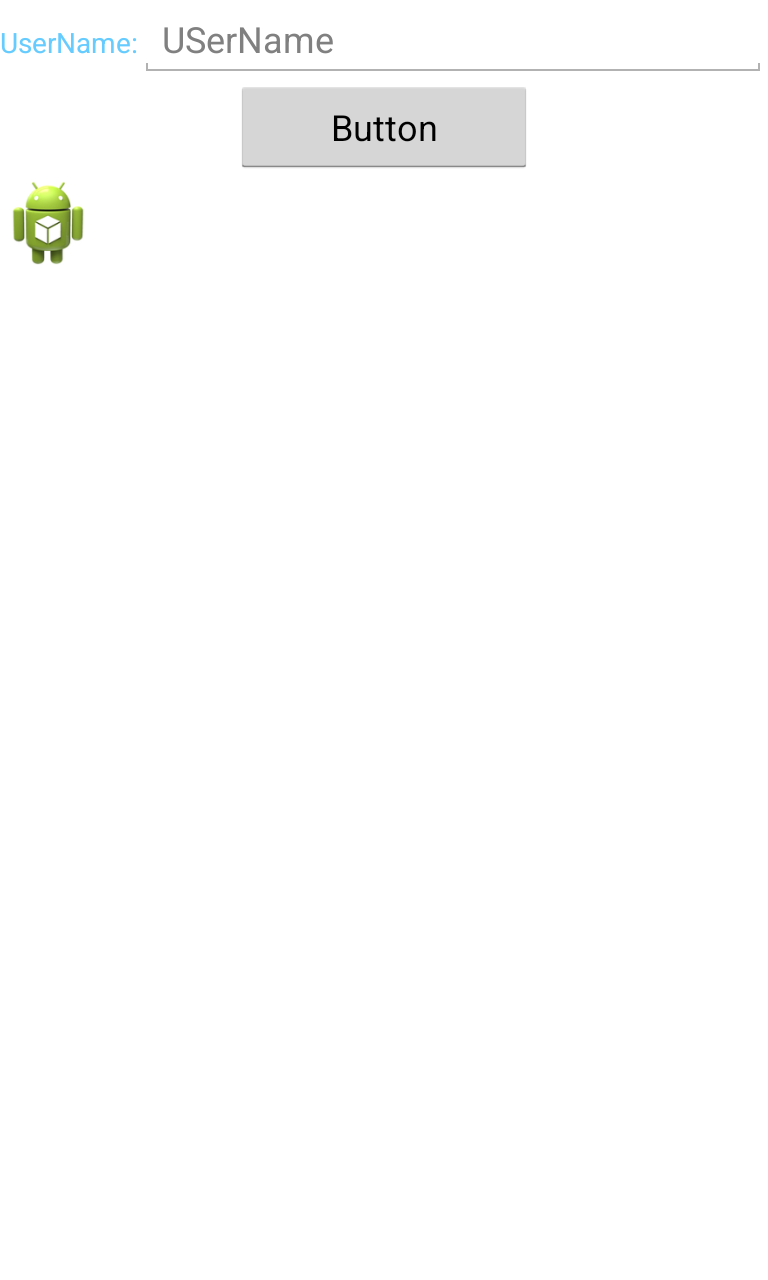
Repository: Ollyder/eclipse_work
Layout: UIWidgetTest/res/layout/activity_main.xml
An editor plug-in stored every save of this project. The layout is shown before and after the next save, followed by the edit.
It is drawn on a 768 x 1280 px phone screen (xhdpi) without system bars, with theme AppTheme; the app's code is not run.

Above is the layout before, as saved 2017-05-27 02:30:47.

After the next save:
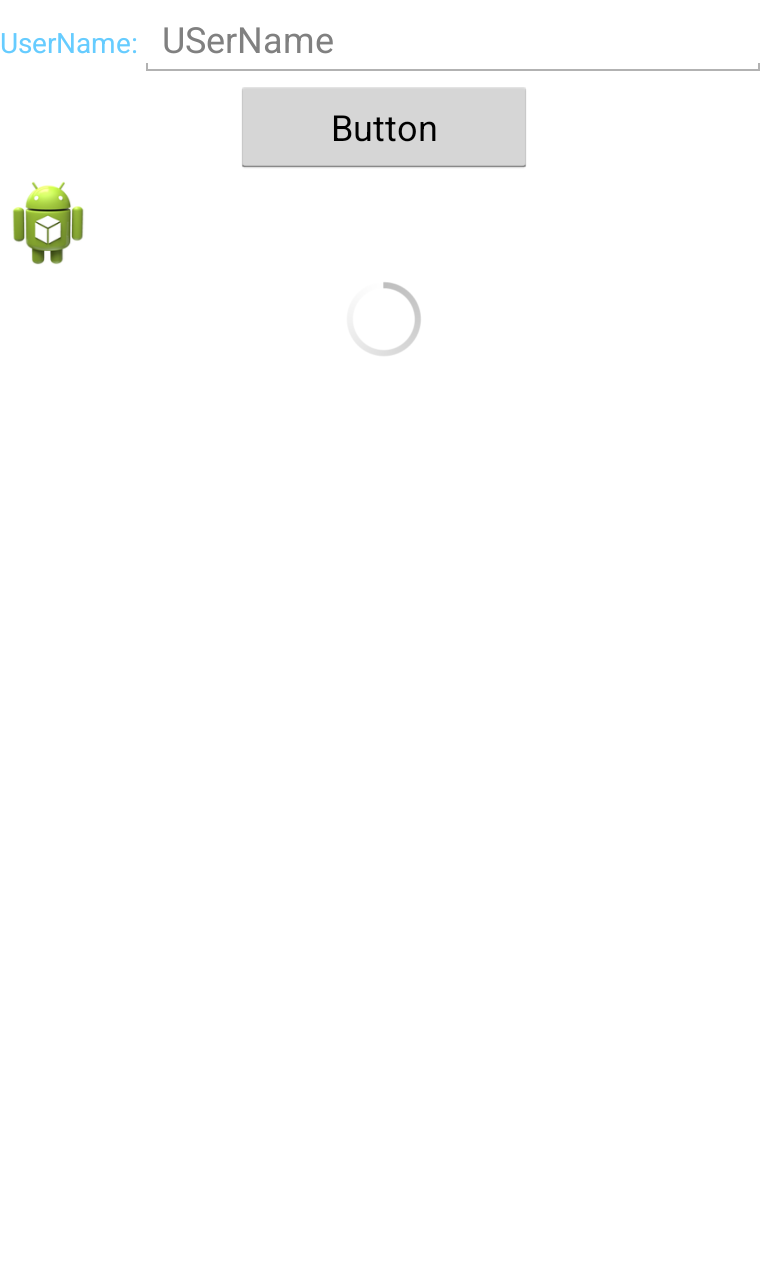
Saved 18 s later.
--- a/UIWidgetTest/res/layout/activity_main.xml
+++ b/UIWidgetTest/res/layout/activity_main.xml
@@ -45,6 +45,6 @@
     <ProgressBar
         android:id="@+id/progress_bar"
         android:layout_width="match_parent"
-        android:lauout_height="wrap_content"
+        android:layout_height="wrap_content"
         />
 </LinearLayout>
